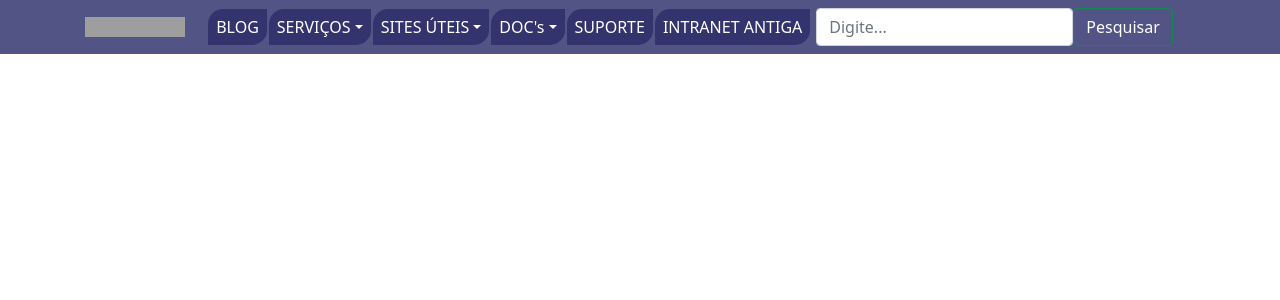
Repository: Leandromarim/INTRANET_PARTICULAR
Page: header.html
An editor plug-in stored every save of this project. The page is shown before and after the next save, followed by the edit.
The browser window is 1280 px wide. The pictures show the whole page.
Pictures or frames that could not be fetched are drawn as grey boxes.

Above is the page before, as saved 2021-12-14 10:54:13.

### header.html
<head>
    <meta charset="UTF-8">
    <meta http-equiv="X-UA-Compatible" content="IE=edge" />
    <meta name="viewport" content="width=device-width, initial-scale=1.0" />
    <link rel="stylesheet" href="./assets/css/bootstrap-grid.css" />
    <link rel="stylesheet" href="./assets/css/bootstrap-grid.min.css" />
    <link rel="stylesheet" href="./assets/css/bootstrap.css" />
    <link rel="stylesheet" href="./assets/css/bootstrap.css" />
    <link rel="stylesheet" href="./assets/css/header.css" />
    <link rel="icon" href="./image/ico/ico_ha.ico" />
    <title>Intranet 2.0</title>
</head>
<nav class="navbar navbar-expand-lg navbar-dark bg navbar" aria-label="Tenth navbar example">
    <div class="container-fluid">
        <button class="navbar-toggler" type="button" data-bs-toggle="collapse" data-bs-target="#navbarsExample08" aria-controls="navbarsExample08" aria-expanded="false" aria-label="Toggle navigation">
        <span class="navbar-toggler-icon"></span>
        </button>
        <section class="collapse navbar-collapse justify-content-center secao-navbar" id="navbarsExample08">
            <section class="container-logo">
                <a href="index.html"><img class="logo" src="image/logo/Marca_horizontal_branca_fundo_transparente.png" href="index.html"></a>
            </section>
            <ul class="navbar-nav">

                <li class="nav-item">
                    <a class="nav-link active button" href="blog.html">BLOG</a>
                </li>
                <li class="nav-item dropdown">
                    <a class="nav-link dropdown-toggle active button" href="#" id="dropdown08" data-bs-toggle="dropdown" aria-expanded="false">SERVIÇOS</a>
                    <ul class="dropdown-menu" aria-labelledby="dropdown08">
                        <li><a class="dropdown-item item-link-nav" target="_self" href="">AVISO DE CIRURGIAS</a></li>
                        <li><a class="dropdown-item item-link-nav" target="_self" href="termos/cod_procedimento_amb.pdf">CÓDIGOS DE PROCEDIMENTOS AMBULATORIAIS</a></li>
                        <li><a class="dropdown-item item-link-nav" target="_self" href="termos/cod_procedimento_exame.pdf">CÓDIGOS DE PROCEDIMENTOS (EXAMES)</a></li>
                        <li><a class="dropdown-item item-link-nav" target="_self" href="termos/checklist_cirurgia.pdf">CHECK LIST DE SEGURANÇA CIRÚRGICA</a></li>
                        <li><a class="dropdown-item item-link-nav" target="_self" href="#">E-MAILS INSTITUCIONAIS</a></li>
                        <li><a class="dropdown-item item-link-nav" target="_self" href="termos/MD_03_RECP-Normas_institucionais.pdf">NORMAS INSTITUCIONAIS</a></li>
                        <li><a class="dropdown-item item-link-nav" target="_self" href="termos/recep_rm_ipasgo.pdf">RM - IPASGO</a></li>
                        <li><a class="dropdown-item item-link-nav" target="_self" href="termos/recep_tc_ipasgo.pdf">TC - IPASGO</a></li>
                        <li><a class="dropdown-item item-link-nav" target="_self" href="termos/recep_us_ipasgo.pdf">US - IPASGO</a></li>
                        <li><a class="dropdown-item item-link-nav" target="_self" href="termos/recep_rm_unimed.pdf">RM - UNIMED</a></li>
                        <li><a class="dropdown-item item-link-nav" target="_self" href="termos/recep_tc_unimed.pdf">TC - UNIMED</a></li>
                        <li><a class="dropdown-item item-link-nav" target="_self" href="termos/recep_us_unimed.pdf">US - UNIMED</a></li>
                        <li><a class="dropdown-item item-link-nav" target="_self" href="termos/termo_apt_para_apt.docx">TERMO DE APTO PARA APTO</a></li>
                        <li><a class="dropdown-item item-link-nav" target="_self" href="termos/termo_enf_para_apt.docx">TERMO DE ENF PARA APTO</a></li>
                        <li><a class="dropdown-item item-link-nav" target="_self" href="termos/termo-leito-uti.pdf">TERMO LEITO UTI</a></li>
                        <li><a class="dropdown-item item-link-nav" target="_blank" href="http://192.168.0.186/users/sign_in">TGA (SENHAS)</a></li>
                        <li><a class="dropdown-item item-link-nav" target="_self" href="#">SENHAS DE PLANOS DE SAÚDE</a></li>
                    </ul>
                </li>
                <li class="nav-item dropdown">
                    <a class="nav-link dropdown-toggle active button" href="#" id="dropdown08" data-bs-toggle="dropdown" aria-expanded="false">SITES ÚTEIS</a>
                    <ul class="dropdown-menu" aria-labelledby="dropdown08">
                        <li><a class="dropdown-item item-link-nav" target="_blank" href="https://health-analytics.ncisaude.com.br/">AHPACEG</a></li>
                        <li><a class="dropdown-item item-link-nav" href="covid19.html">COVID-19</a></li>
                        <li><a class="dropdown-item item-link-nav" target="_blank" href="https://secure.epimedmonitor.com/Login.aspx">EPIMED</a></li>
                        <li><a class="dropdown-item item-link-nav" target="_blank" href="https://www.pulsesaude.com.br/Autenticacao/Index?ReturnUrl=%2fDashboard">INGOH</a></li>
                        <li><a class="dropdown-item item-link-nav" target="_blank" href="https://mail.google.com/a/hospitaldeacidentados.com.br">GMAIL</a></li>
                        <li><a class="dropdown-item item-link-nav" target="_blank" href="http://www.goiania.go.gov.br/nfse/">NOTA FISCAL</a></li>
                        <li><a class="dropdown-item item-link-nav" target="_blank" href="https://orbis.neovero.com/login">ORBIS</a></li>
                        <li><a class="dropdown-item item-link-nav" target="_blank" href="https://regulacao.unimedgoiania.coop.br/#!/login">REGULAÇÃO MÉDICA</a></li>
                        <li><a class="dropdown-item item-link-nav" target="_blank" href="http://www.affegosaude.com.br:1515/affegosaude/solusweb_temp/prestador/index.php">AFFEGO SAÚDE</a></li>
                        <li><a class="dropdown-item item-link-nav" target="_blank" href="https://www.amil.com.br/institucional/#/">AMIL</a></li>
                        <li><a class="dropdown-item item-link-nav" target="_blank" href="https://www.bradescoseguros.com.br/clientes/produtos/plano-saude">BRADESCO SAÚDE</a></li>
                        <li><a class="dropdown-item item-link-nav" target="_blank" href="https://www.cassi.com.br/index.php?option=com_content&view=featured&Itemid=505">CASSI</a></li>
                        <li><a class="dropdown-item item-link-nav" target="_blank" href="https://portal.saudevivacom.com.br/as-vivacom/pp/">CELGMED</a></li>
                        <li><a class="dropdown-item item-link-nav" target="_blank" href="https://www.hapvida.com.br/pls/webhap/webNewProducaoMedica.Login">HAPVIDA</a></li>
                        <li><a class="dropdown-item item-link-nav" target="_blank" href="http://portalsistemas.ipasgo.go.gov.br/SAAT/login.asp">IPASGO PRESTADOR</a></li>
                        <li><a class="dropdown-item item-link-nav" target="_blank" href="http://www.ipasgo.go.gov.br">IPASGO SITE</a></li>
                        <li><a class="dropdown-item item-link-nav" target="_blank" href="http://portalsistemas.ipasgo.go.gov.br/GuiasNet/login.asp">IPASGO CLIENTE</a></li>
                        <li><a class="dropdown-item item-link-nav" target="_blank" href="https://portalsistemas.ipasgo.go.gov.br/saat/auditor/consulta_tipoprocedimento.asp">IPASGO CONSULTA DE PROCEDIMENTO</a></li>
                        <li><a class="dropdown-item item-link-nav" target="_blank" href="https://autorizador.unimedgoiania.coop.br/">UNIMED - AUTORIZADOR (COOP)</a></li>
                        <li><a class="dropdown-item item-link-nav" target="_blank" href="http://agendaonline.unimedgoiania.coop.br/GUI/PrincipalAOL.aspx">UNIMED AGENDA</a></li>
                        <li><a class="dropdown-item item-link-nav" target="_blank" href="https://saude.caixa.gov.br/AutorizadorPRD/login.aspx">SAÚDE CAIXA</a></li>
                        <li><a class="dropdown-item item-link-nav" target="_blank" href="https://autorizador.postalsaudeservicos.com.br/autorizadorpro/login.aspx">POSTAL SAÚDE (CORREIOS)</a></li>
                        <li><a class="dropdown-item item-link-nav" target="_blank" href="https://autorizador.postalsaudeservicos.com.br/autorizadorpro/login.aspx">SAÚDE PORTOMED (ITAÚ)</a></li>
                        <li><a class="dropdown-item item-link-nav" target="_blank" href="https://www.orizonbrasil.com.br/">ORIZON</a></li>
                    </ul>
                </li>
                <li class="nav-item dropdown">
                    <a class="nav-link dropdown-toggle active button" href="#" id="dropdown08" data-bs-toggle="dropdown" aria-expanded="false">DOC's</a>
                    <ul class="dropdown-menu" aria-labelledby="dropdown08">
                        <li><a class="dropdown-item item-link-nav" href="covid19.html">COVID-19</a></li>
                        <li><a class="dropdown-item item-link-nav" href="dex.html">DEX</a></li>
                        <li><a class="dropdown-item item-link-nav" href="dos.html">DOS</a></li>
                        <li><a class="dropdown-item item-link-nav" href="md.html">MD</a></li>
                        <li><a class="dropdown-item item-link-nav" href="pop.html">POP</a></li>
                        <li><a class="dropdown-item item-link-nav" href="reg.html">REG</a></li>
                    </ul>
                </li>
                <li class="nav-item">
                    <a class="nav-link active button" href="#">SUPORTE</a>
                </li>
                <li class="nav-item">
                    <a class="nav-link active button" href="intranet_antiga/intranet.hospitaldeacidentados.com.br/">INTRANET ANTIGA</a>
                </li>
                <form class="d-flex">
                    <input class="form-control mr-sm-2" type="search" placeholder="Digite..." aria-label="Search">
                    <button class="btn btn-success button-pesquisar" type="submit">Pesquisar</button>
                </form>
            </ul>
        </section>
    </div>
</nav>

### assets/css/header.css
nav.navbar {
    background-color: #525486;
    width: 100%;
    height: auto;
}

nav .button {
    background-color: #272863b7;
    border-radius: 15px 0 15px 0;
    padding: 6px;
    margin: 1px;
}

.container-logo {
    position: relative;
    display: flex;
    width: 100px;
    height: 20px;
    align-items: center;
    align-content: center;
    justify-content: center;
    justify-items: center;
    right: 150px;
}

section img.logo {
    position: relative;
    display: flex;
    height: 20px;
    width: 100px;
    left: 8rem;
}

nav div.secao-navbar {
    width: 100%;
    height: auto;
    justify-content: center;
    justify-items: center;
    align-items: center;
    align-content: center;
}

a.item-link-nav {
    display: flex;
    position: relative;
    justify-items: center;
    justify-content: center;
    align-items: center;
    align-content: center;
    color: #525486;
    background-color: #fff;
    padding: 5px;
    border-radius: 10px 0 10px 0;
}

a.item-link-nav:hover {
    color: #fff;
    background-color: #525486;
}

nav ul li a:hover {
    background-color: rgba(255, 255, 255, 0.404);
    color: black;
}

nav ul li a {
    position: relative;
    display: flex;
    align-items: center;
    align-content: center;
    justify-content: center;
    justify-items: center;
}

.d-flex {
    margin: 0 0 0 5px;
}

button.button-pesquisar{
    background-color: #525486;
}

Loaded but not shown: assets/css/bootstrap-grid.css (library); assets/css/bootstrap-grid.min.css (library); assets/css/bootstrap.css (library)

After the next save:
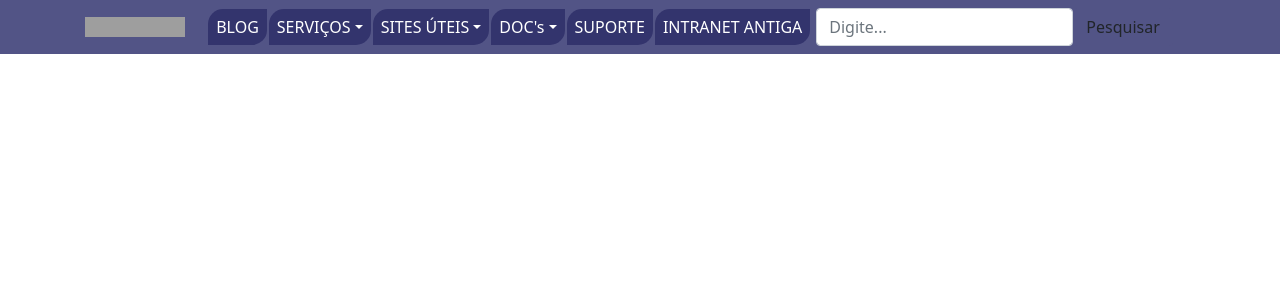
Saved 15 s later.
--- a/header.html
+++ b/header.html
@@ -94,7 +94,7 @@
                 </li>
                 <form class="d-flex">
                     <input class="form-control mr-sm-2" type="search" placeholder="Digite..." aria-label="Search">
-                    <button class="btn btn-success button-pesquisar" type="submit">Pesquisar</button>
+                    <button class="btn  button-pesquisar" type="submit">Pesquisar</button>
                 </form>
             </ul>
         </section>

After the save that followed:
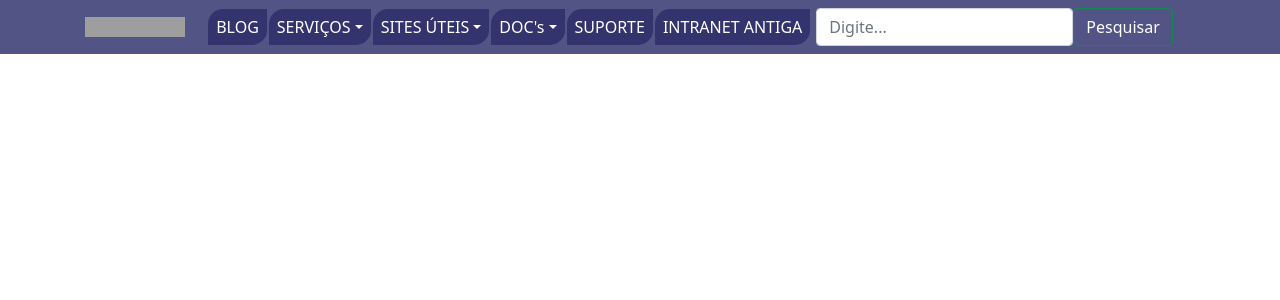
Saved 7 s later.
--- a/header.html
+++ b/header.html
@@ -94,7 +94,7 @@
                 </li>
                 <form class="d-flex">
                     <input class="form-control mr-sm-2" type="search" placeholder="Digite..." aria-label="Search">
-                    <button class="btn  button-pesquisar" type="submit">Pesquisar</button>
+                    <button class="btn btn-success button-pesquisar" type="submit">Pesquisar</button>
                 </form>
             </ul>
         </section>
